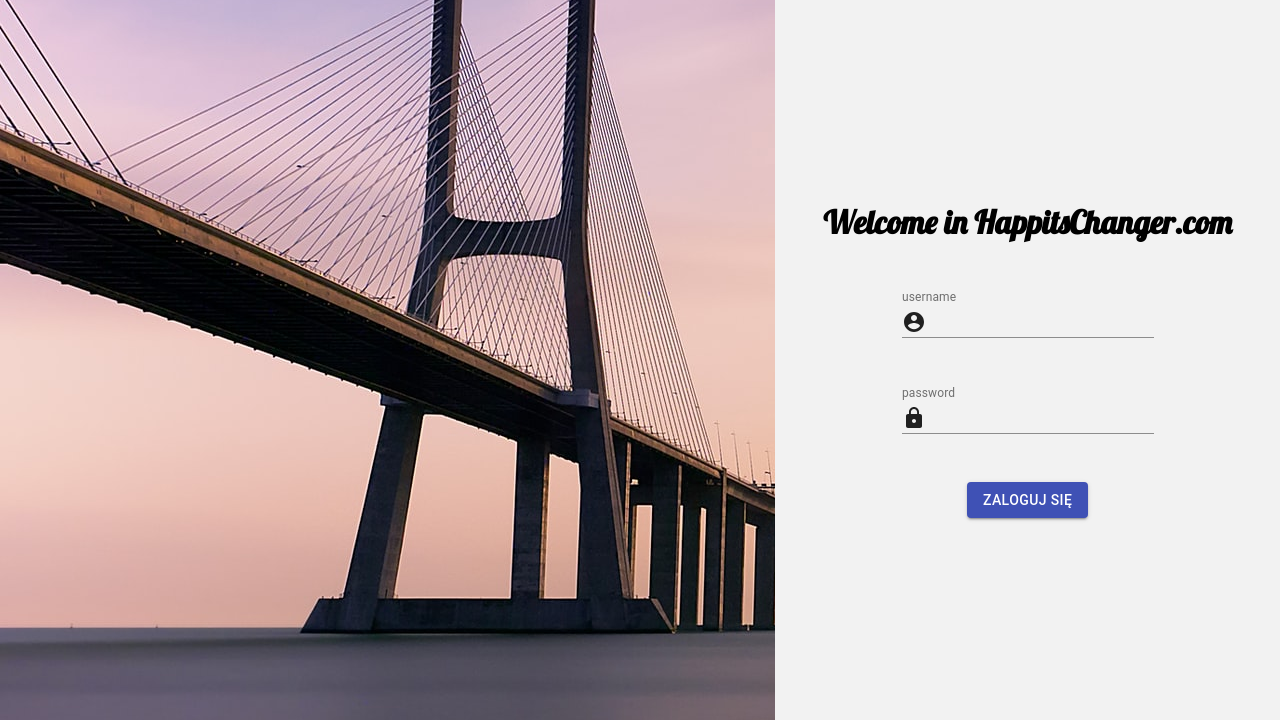
Repository: pgruca96/HappitsChanger
Page: /
The author's editor kept a copy of each file at every save. The page is drawn from the files as they stood at one save, then again after the next save.
The browser window is 1280 px wide. The pictures show the whole page.
The project was rebuilt for these pictures with package versions that can differ from the ones it lists, and the page was loaded fresh each time.

Above is the page before, as saved 2020-10-24 12:03:52.

After the next save:
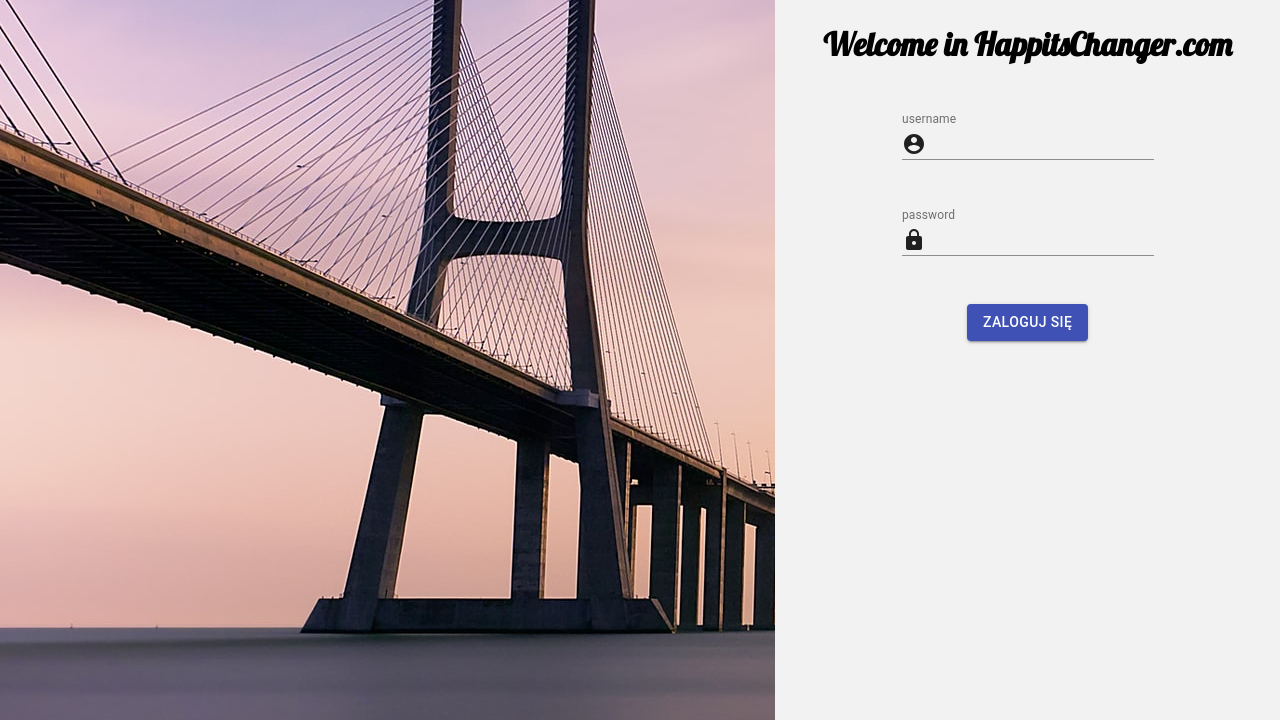
Saved 3 min 7 s later.
--- a/src/styles/Form.js
+++ b/src/styles/Form.js
@@ -5,7 +5,7 @@
     background: "#f2f2f2",
     display: "flex",
     flexDirection: "column",
-    justifyContent: "center",
+    justifyContent: "stretch",
     alignItems: "center",
     // padding: "0 5%",
     // height: "200px",
